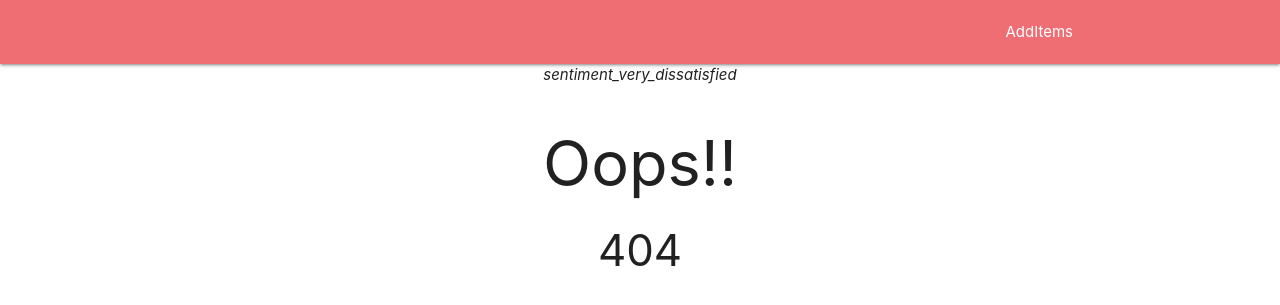
Repository: umarrg/crud-app-ejs-and-nodejs
Page: public/error.html
An editor plug-in stored every save of this project. The page is shown before and after the next save, followed by the edit.
The browser window is 1280 px wide. The pictures show the whole page.

Above is the page before, as saved 2020-12-29 12:11:51.

### public/error.html
<!DOCTYPE html>
<html lang="en">
<head>
    <meta charset="UTF-8">
    <meta name="viewport" content="width=device-width, initial-scale=1.0">
    <link rel="stylesheet" href="https://cdnjs.cloudflare.com/ajax/libs/materialize/1.0.0/css/materialize.min.css">
    <link href="https://fonts.googleapis.com/icon?family=Material+Icons" rel="stylesheet">
    <title></title>
</head>
<body>
    <nav>
        <div class="nav-wrapper container">
          <!-- <a href="#" class="brand-logo">Logo</a> -->
          <ul id="nav-mobile" class="right hide-on-med-and-down">
            <li><a href="http://localhost:9000/additem"> AddItems</a></li>

          </ul>
        </div>
      </nav>
      <div class="container center-align">
        <i class="material-icons">sentiment_very_dissatisfied</i>
        <h1>Oops!!</h1>
        <h3>404 </h3>


      </div>

</body>
</html>

After the next save:
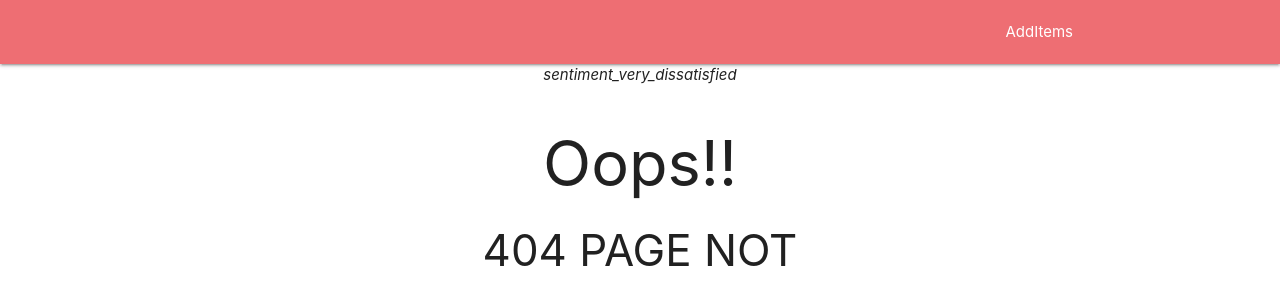
Saved 6 s later.
--- a/public/error.html
+++ b/public/error.html
@@ -20,7 +20,7 @@
       <div class="container center-align">
         <i class="material-icons">sentiment_very_dissatisfied</i>
         <h1>Oops!!</h1>
-        <h3>404 </h3>
+        <h3>404 PAGE NOT </h3>
 
 
       </div>
